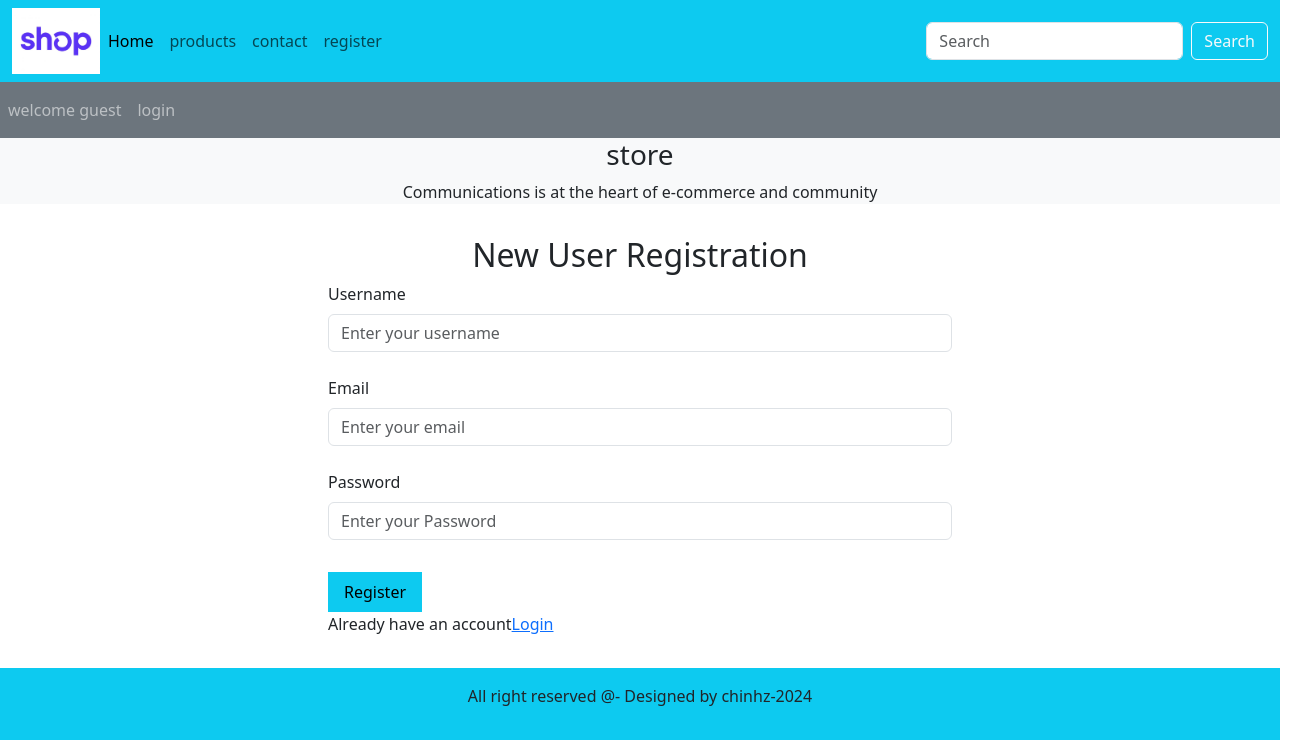
Repository: hahuuchinh2501/ecommerce_web
Page: http://localhost/checkout.php
These files come from the project's save history. The page is drawn as it stood at one moment and after the next save; the edit follows.
The browser window is 1280 px wide. The page is 1292 px wide, so the pictures cover 1292 px, including what lies to the right of the window. The pictures show the whole page.
The page is run by PHP 8.4 with error messages shown; the project is at /var/www/html/.

Above is the page before, as saved 2025-02-10 18:32:38.

After the next save:
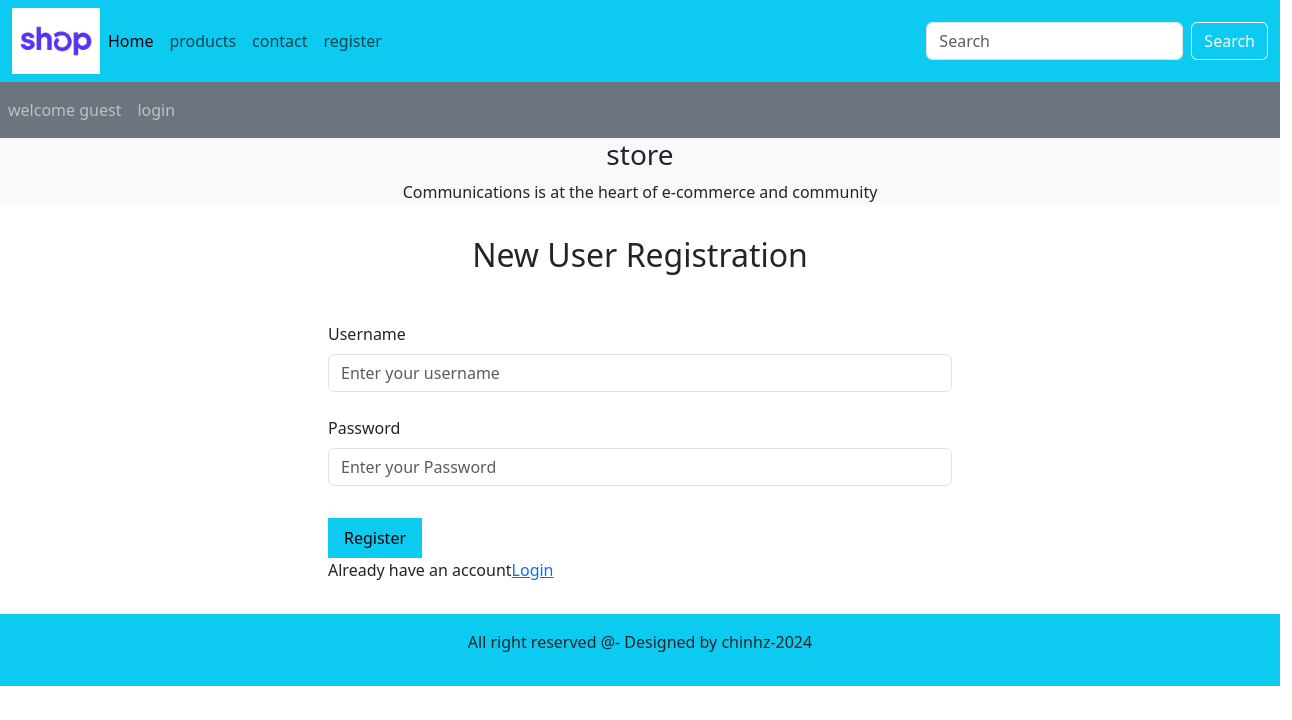
Saved 65 s later.
--- a/users_area/user_login.php
+++ b/users_area/user_login.php
@@ -13,7 +13,7 @@
 <body>
     <div class="container-fluid my-3">
         <h2 class="text-center">New User Registration</h2>
-        <div class="row d-flex align-items-center justify-content-center">
+        <div class="row d-flex align-items-center justify-content-center mt-5">
             <div class="col-lg-12 col-xl-6">
                 <form action="" method="post" enctype="multipart/form-data">
                     <!-- username -->
@@ -22,12 +22,7 @@
                         <input type="text" id="user_username" class="form-control" placeholder="Enter your username"
                             autocomplete="off" required="required" name="user_username" />
                     </div>
-                    <!-- email -->
-                    <div class="form-outline mb-4">
-                        <label for="user_email" class="form-label">Email</label>
-                        <input type="email" id="user_email" class="form-control" placeholder="Enter your email"
-                            autocomplete="off" required="required" name="user_email" />
-                    </div>
+
                     <!-- password -->
                     <div class="form-outline mb-4">
                         <label for="user_password" class="form-label">Password</label>
